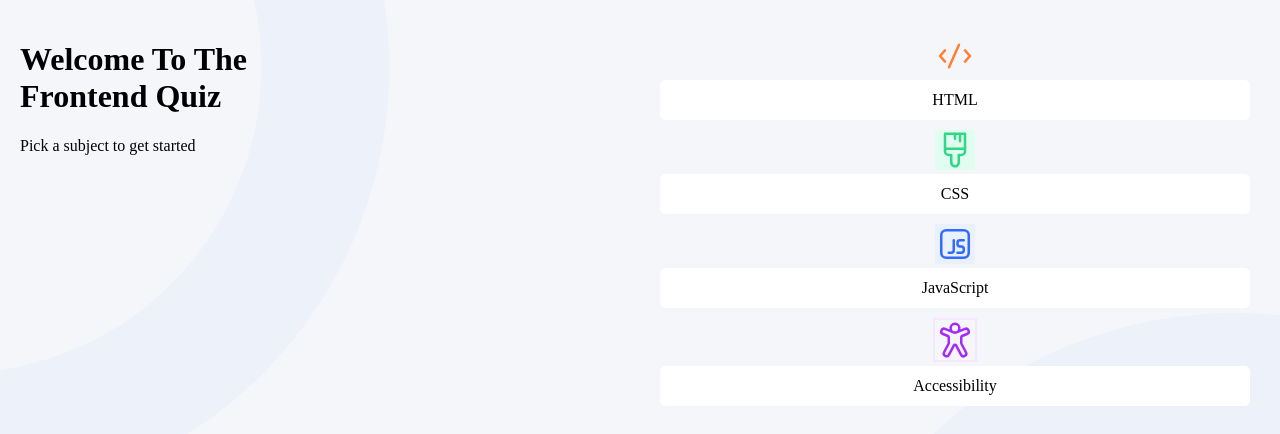
Repository: Daniel054311/Quiz-app-V1
Page: index.html
The author's editor kept a copy of each file at every save. The page is drawn from the files as they stood at one save, then again after a run of saves.
The browser window is 1280 px wide. The pictures show the whole page.

Above is the page before, as saved 2024-01-28 14:38:19.

After the next 3 saves:
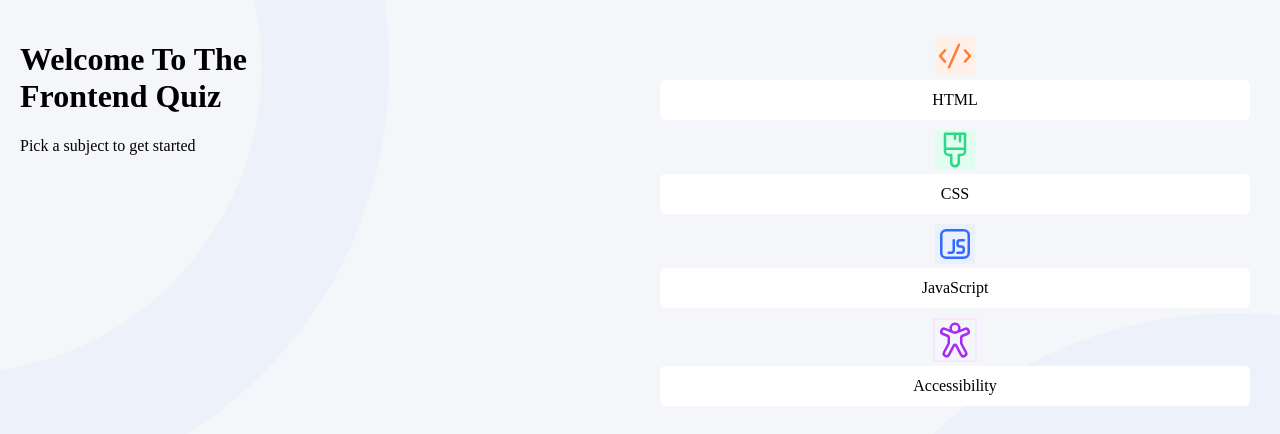
The 3 saves are shown as one change because they came seconds apart.
The last was saved 17 s later.
--- a/index.html
+++ b/index.html
@@ -17,7 +17,7 @@
             <div class="navigation">
                 <ul>
                   <li>
-                    <img src="./asset/images/icon-html.svg" alt="" style=" #fff1E9">
+                    <img src="./asset/images/icon-html.svg" alt="" style="background-color: #fff1E9">
                     <a href="#html">HTML</a>
                 </li>
                   <li>
